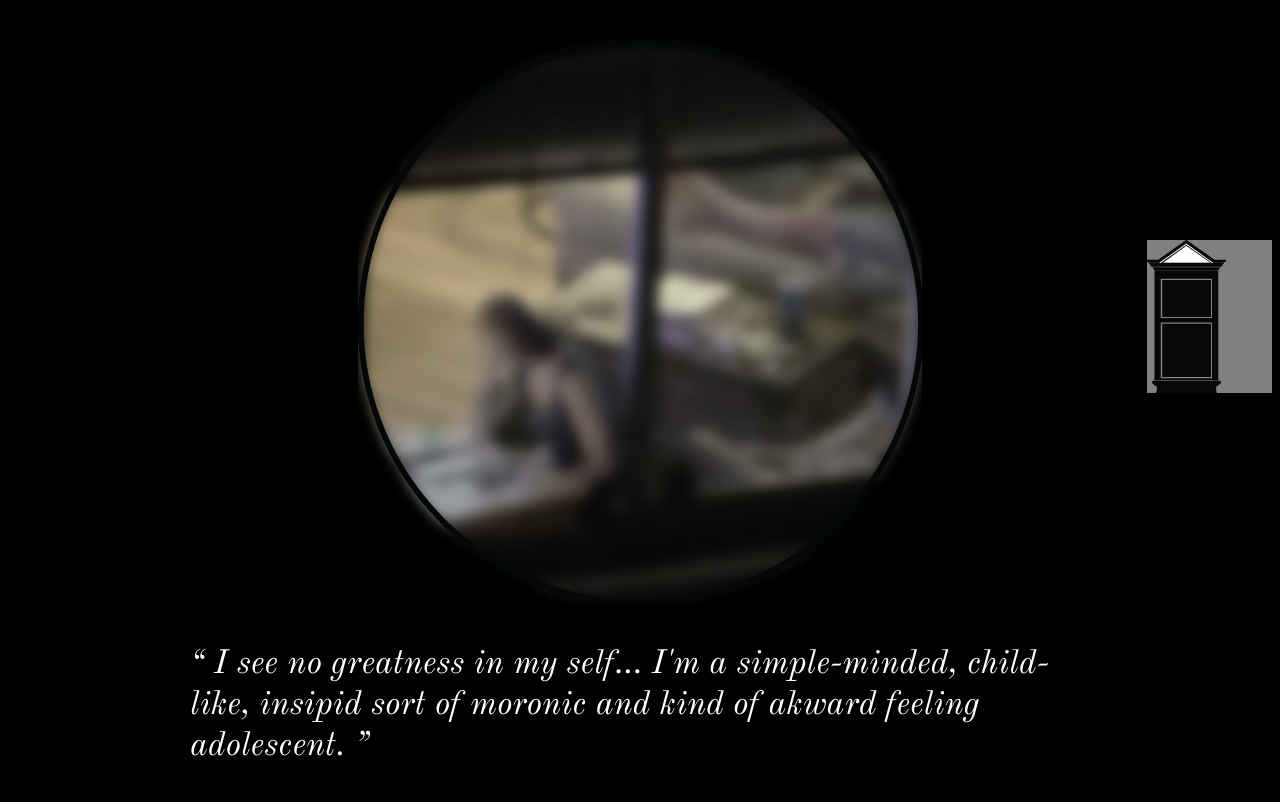
Repository: ConnyPinto/connypinto.github.io
Page: studio/space/final-space/room3.html
The author's editor kept a record of every edit. The page is drawn from the files as they stood at one moment, then again after the next edit.
The browser window is 1280 px wide. The pictures show the whole page.
Some web libraries are served in a nearby version.

Above is the page before.

After the next edit:
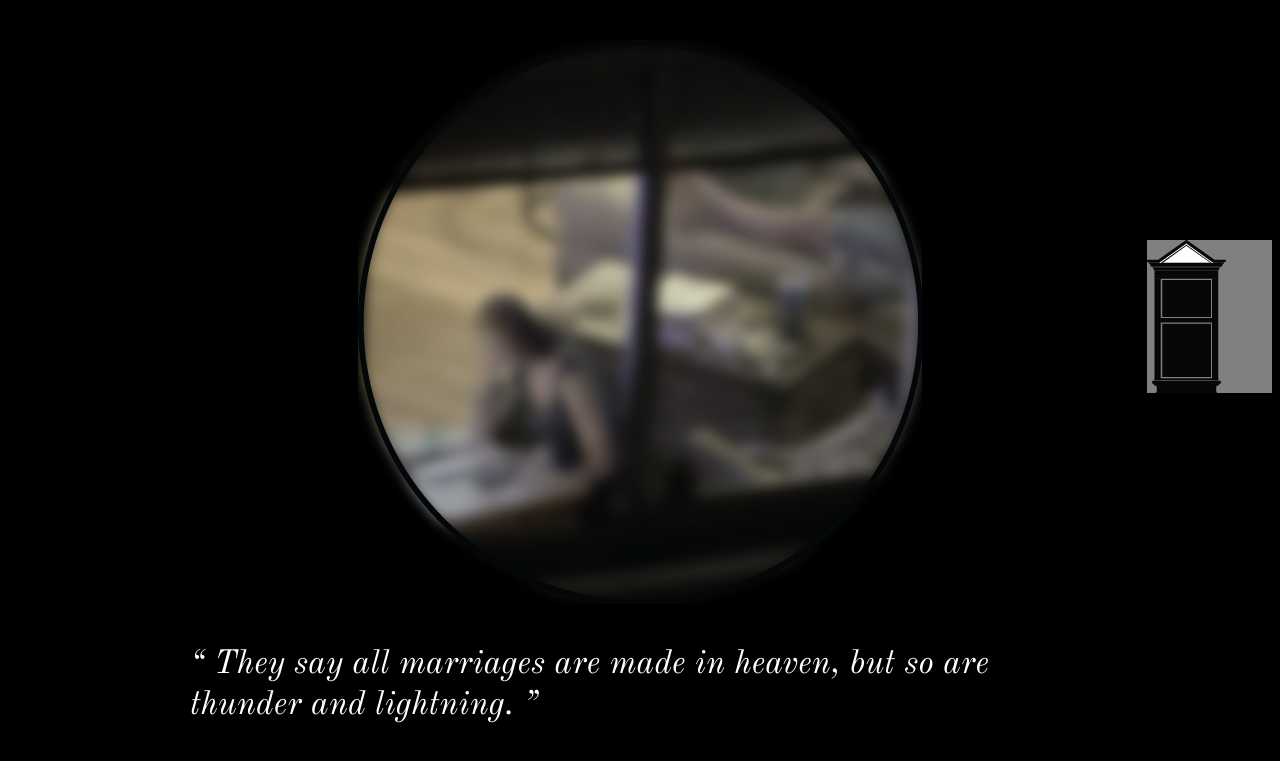
The edit:
--- a/studio/space/final-space/room3.html
+++ b/studio/space/final-space/room3.html
@@ -21,7 +21,7 @@
 
 
 
-    <div class="quote">&ldquo; I see no greatness in my self... I'm a simple-minded, child-like, insipid sort of moronic and kind of akward feeling adolescent. &rdquo;</div>
+    <div class="quote">&ldquo; They say all marriages are made in heaven, but so are thunder and lightning. &rdquo;</div>
 
     </div>
 
